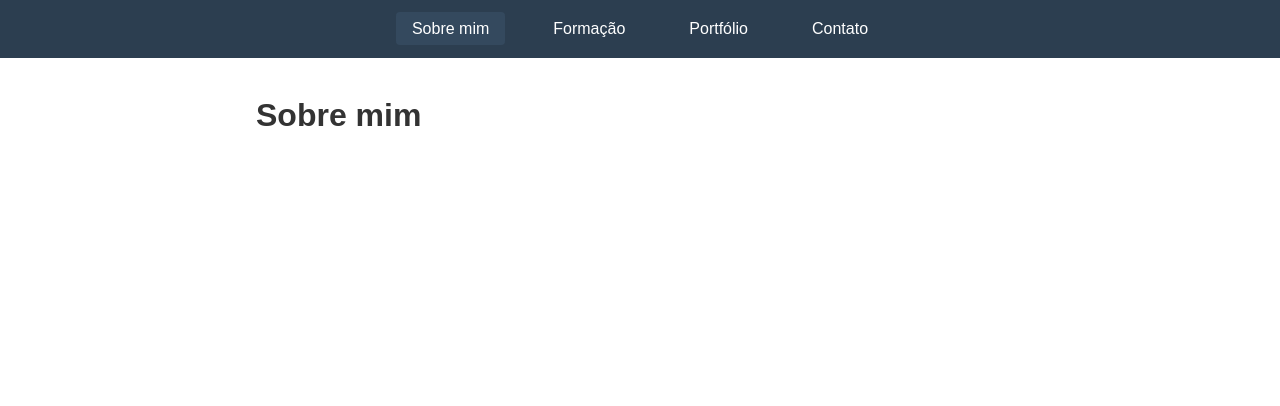
Repository: AnderHonorato/meu-portfolio
Page: index.html
The author's editor kept a copy of each file at every save. The page is drawn from the files as they stood at one save, then again after the next save.
The browser window is 1280 px wide. The pictures show the whole page.

Above is the page before, as saved 2025-08-26 19:34:43.

### index.html
<!DOCTYPE html>
<html lang="pt-br">
<head>
    <meta charset="UTF-8">
    <meta name="viewport" content="width=device-width, initial-scale=1.0">
    <title>Seu Nome - Portfólio</title>
    <link rel="stylesheet" href="css/style.css">
</head>
<body>
    <!-- Menu de navegação -->
    <nav class="menu">
        <ul>
            <li><a href="index.html" class="ativo">Sobre mim</a></li>
            <li><a href="formacao.html">Formação</a></li>
            <li><a href="portfolio.html">Portfólio</a></li>
            <li><a href="contato.html">Contato</a></li>
        </ul>
    </nav>

    <!-- Conteúdo principal -->
    <main class="conteudo">
        <h1>Sobre mim</h1>
        <!-- Seu conteúdo aqui -->
    </main>
</body>
</html>

### css/style.css
/* Reset básico */
* {
    margin: 0;
    padding: 0;
    box-sizing: border-box;
}

/* Estilo do corpo */
body {
    font-family: Arial, sans-serif;
    line-height: 1.6;
    color: #333;
}

/* Menu de navegação */
.menu {
    background-color: #2c3e50;
    padding: 1rem 0;
    position: sticky;
    top: 0;
}

.menu ul {
    list-style: none;
    display: flex;
    justify-content: center;
    gap: 2rem;
}

.menu a {
    color: white;
    text-decoration: none;
    padding: 0.5rem 1rem;
    border-radius: 4px;
    transition: background-color 0.3s;
}

.menu a:hover,
.menu a.ativo {
    background-color: #34495e;
}

/* Conteúdo principal */
.conteudo {
    max-width: 800px;
    margin: 2rem auto;
    padding: 0 1rem;
}

After the next save:
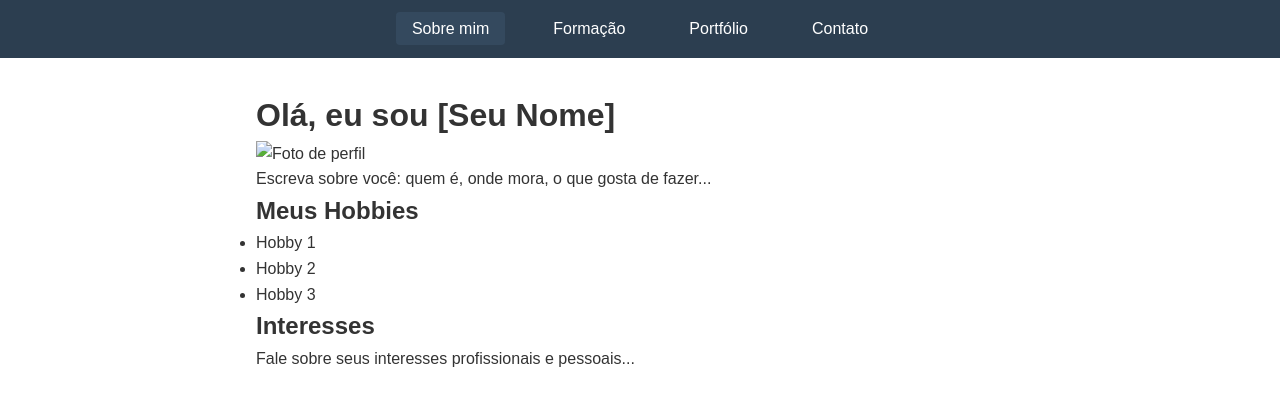
Not found: img/perfil.jpg
Saved 66 s later.
--- a/index.html
+++ b/index.html
@@ -17,10 +17,28 @@
         </ul>
     </nav>
 
-    <!-- Conteúdo principal -->
-    <main class="conteudo">
-        <h1>Sobre mim</h1>
-        <!-- Seu conteúdo aqui -->
-    </main>
+<!-- Conteúdo principal -->
+<main class="conteudo">
+    <h1>Olá, eu sou [Seu Nome]</h1>
+    <div class="sobre-container">
+        <div class="foto-perfil">
+            <!-- Adicione sua foto se tiver -->
+            <img src="img/perfil.jpg" alt="Foto de perfil">
+        </div>
+        <div class="texto-sobre">
+            <p>Escreva sobre você: quem é, onde mora, o que gosta de fazer...</p>
+
+            <h2>Meus Hobbies</h2>
+            <ul>
+                <li>Hobby 1</li>
+                <li>Hobby 2</li>
+                <li>Hobby 3</li>
+            </ul>
+
+            <h2>Interesses</h2>
+            <p>Fale sobre seus interesses profissionais e pessoais...</p>
+        </div>
+    </div>
+</main>
 </body>
 </html>
